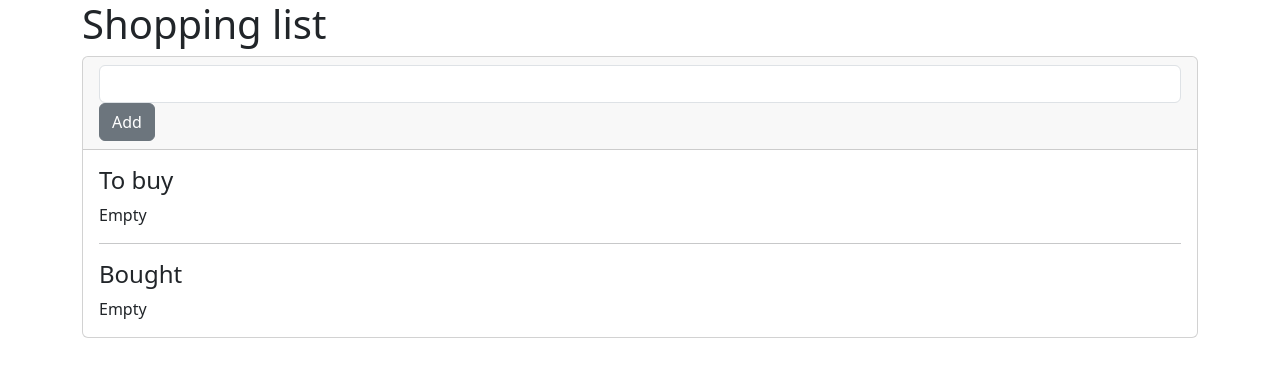
Repository: jjablonski-it/fullstack-shopping-list
Page: / (app in client/)
An editor plug-in stored every save of this project. The page is shown before and after the next save, followed by the edit.
The browser window is 1280 px wide. The pictures show the whole page.
The page's requests for data from a server got no answer. The project was rebuilt for these pictures with package versions that can differ from the ones it lists, and the page was loaded fresh each time. No one was signed in, and anything a server would have sent is missing. Also part of the build but not shown: client/src/styles.css.

Above is the page before, as saved 2020-04-02 12:37:41.

### client/src/Components/List.js
import React, { Fragment } from "react";
import { ListGroup } from "reactstrap";

// Components
import { Items } from "./Items";

export const List = ({ items, onDelete, onToggle }) => {
  const toBuy = items.filter(item => item.done === false);
  const bought = items.filter(item => item.done !== false);

  return (
    <Fragment>
      <h4>To buy</h4>
      <ListGroup>
        <Items items={toBuy} onToggle={onToggle} onDelete={onDelete} />
      </ListGroup>
      <hr />
      <h4>Bought</h4>
      <Items items={bought} onToggle={onToggle} onDelete={onDelete} />
    </Fragment>
  );
};

### client/src/Components/Add.js
import React, { useState } from "react";
import { Form, Button, Input } from "reactstrap";

export const Add = ({ onAdd }) => {
  const [input, setInput] = useState("");

  const onChange = e => {
    setInput(e.target.value);
  };

  const onSubmit = e => {
    e.preventDefault();
    onAdd(input);
    setInput("");
  };

  return (
    <Form inline onSubmit={onSubmit}>
      <Input className="col mr-2" value={input} onChange={onChange} />
      <Button type="submit">Add</Button>
    </Form>
  );
};

### client/src/Components/Items.js
import React from "react";
import { ListGroupItem, ListGroup, Button } from "reactstrap";
import { TransitionGroup, CSSTransition } from "react-transition-group";
import "../styles.css";

export const Items = ({ onToggle, onDelete, items }) => {
  const button = id => (
    <Button size="sm" color="success float-right" onClick={() => onToggle(id)}>
      &#10003;
    </Button>
  );

  const buttonsDone = id => (
    <>
      <Button
        size="sm"
        color="danger float-right ml-2"
        onClick={() => onDelete(id)}
      >
        &times;
      </Button>
      <Button
        size="sm"
        color="warning float-right"
        onClick={() => onToggle(id)}
      >
        &#8630;
      </Button>
    </>
  );

  return (
    <ListGroup>
      <TransitionGroup appear={true}>
        {items.length > 0 ? (
          items.map(item => (
            <CSSTransition
              key={item._id}
              in={true}
              classNames="item"
              timeout={300}
              unmountOnExit={true}
            >
              <ListGroupItem color={item.done ? "secondary" : ""}>
                {item.text}
                {item.done ? buttonsDone(item._id) : button(item._id)}
              </ListGroupItem>
            </CSSTransition>
          ))
        ) : (
          <CSSTransition>
            <span>Empty</span>
          </CSSTransition>
        )}
      </TransitionGroup>
    </ListGroup>
  );
};

Loaded but not shown: client/public/index.html (common file); client/src/index.js (common file); client/src/App.js (common file)

After the next save:
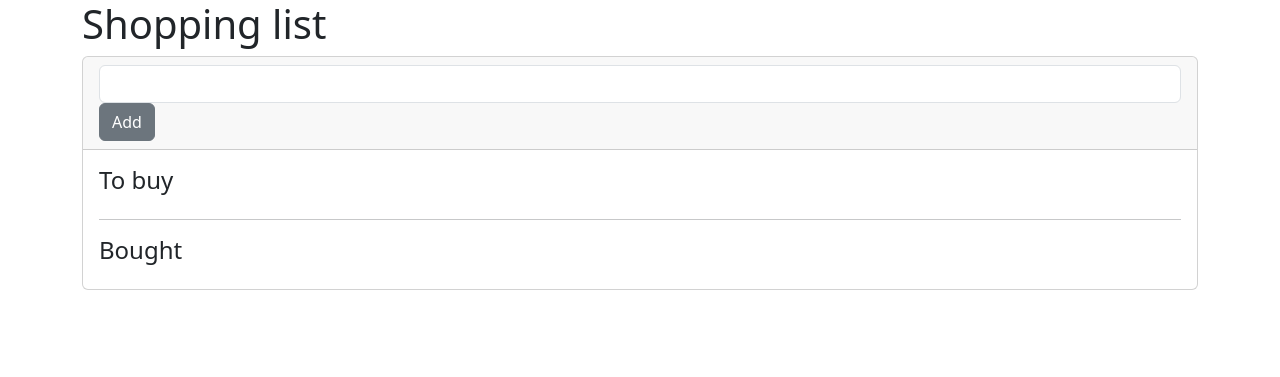
Saved 36 s later.
--- a/client/src/Components/Items.js
+++ b/client/src/Components/Items.js
@@ -32,26 +32,20 @@ export const Items = ({ onToggle, onDelete, items }) => {
   return (
     <ListGroup>
       <TransitionGroup appear={true}>
-        {items.length > 0 ? (
-          items.map(item => (
-            <CSSTransition
-              key={item._id}
-              in={true}
-              classNames="item"
-              timeout={300}
-              unmountOnExit={true}
-            >
-              <ListGroupItem color={item.done ? "secondary" : ""}>
-                {item.text}
-                {item.done ? buttonsDone(item._id) : button(item._id)}
-              </ListGroupItem>
-            </CSSTransition>
-          ))
-        ) : (
-          <CSSTransition>
-            <span>Empty</span>
+        {items.map(item => (
+          <CSSTransition
+            key={item._id}
+            in={true}
+            classNames="item"
+            timeout={300}
+            unmountOnExit={true}
+          >
+            <ListGroupItem color={item.done ? "secondary" : ""}>
+              {item.text}
+              {item.done ? buttonsDone(item._id) : button(item._id)}
+            </ListGroupItem>
           </CSSTransition>
-        )}
+        ))}
       </TransitionGroup>
     </ListGroup>
   );
